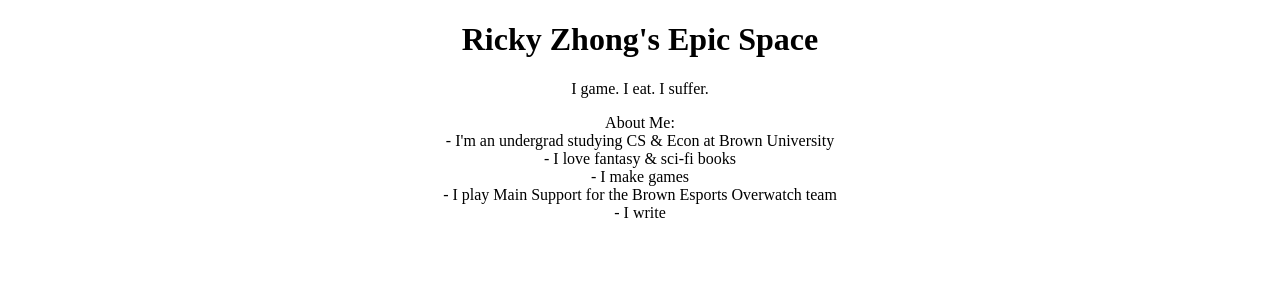
Repository: rickydaricky/rickydaricky.github.io
Page: index.html
These files come from the project's save history. The page is drawn as it stood at one moment and after the next save; the edit follows.
The browser window is 1280 px wide. The pictures show the whole page.

Above is the page before, as saved 2021-11-26 01:00:56.

After the next save:
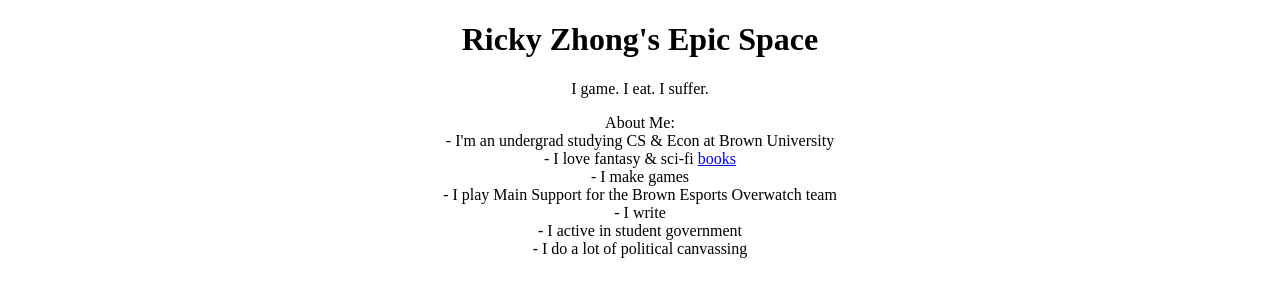
Saved 4 min 49 s later.
--- a/index.html
+++ b/index.html
@@ -8,13 +8,18 @@
       <br />
       - I'm an undergrad studying CS & Econ at Brown University
       <br />
-      - I love fantasy & sci-fi books
+      - I love fantasy & sci-fi <a href="https://goodreads.com/rickydaricky">books</a>
+
       <br />
       - I make games
       <br />
       - I play Main Support for the Brown Esports Overwatch team
       <br />
       - I write
+      <br />
+      - I active in student government
+      <br />
+      - I do a lot of political canvassing
 
     </p>
   </body>
